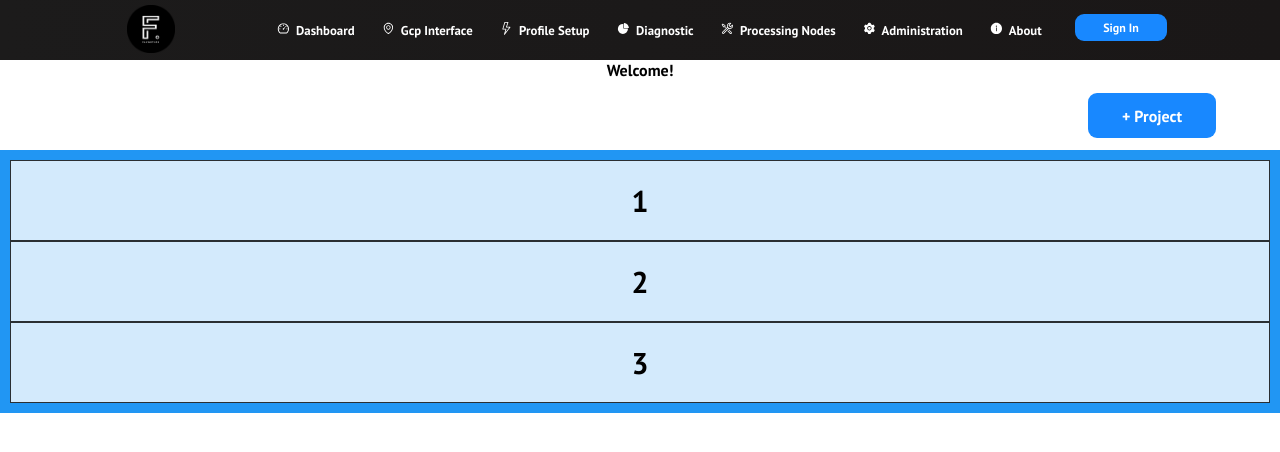
Repository: Akshaykumar1111/akki
Page: /Dashboard
The author's editor kept a copy of each file at every save. The page is drawn from the files as they stood at one save, then again after the next save.
The browser window is 1280 px wide. The pictures show the whole page.
Some web libraries are served in a nearby version. The project was rebuilt for these pictures with package versions that can differ from the ones it lists, and the page was loaded fresh each time. Also part of the build but not shown: src/components/pages/Administration.css, src/components/pages/Administration.js, src/components/pages/Diagnostic.js, src/components/pages/ProfileSetup.js, src/components/pages/GcpInterface.js, src/components/pages/ProcessingNodes.js, src/components/pages/About.js, src/components/pages/Popup.css and 7 more.

Above is the page before, as saved 2022-10-20 12:31:47.

### src/App.css
* {
  box-sizing: border-box;
  margin: 0;
  padding: 0;
  font-family: 'PT Sans', sans-serif;
}

.home,
.Diagnostic,
.Dashboard,
.ProfileSetup,
.GcpInterface,
.ProcessingNodes,
.products,
.Administration,
.DeveloperTools,
.About,
.sign-up,
.SigUp,
.Forgot,
.marketing,
.consulting {
  display: flex;
  height: 961.3px;
  align-items: center;
  justify-content: center;
  font-size: 2rem;
}


.map-container{
  width: 100%;
  height: 100%;
}

.Dashboard {
  background-image: url('./images/img-1.jpg');
  background-position: center;
  background-size: cover;
  background-repeat: no-repeat;
  color: #fff;
  font-size: 100px;

  margin-bottom: 10px;
}

.GcpInterface {
  background-image: url('./images/img-2.jpg');
  background-position: center;
  background-size: cover;
  background-repeat: no-repeat;
  color: #fff;
  font-size: 100px;
}

.Diagnostic {
  background-image: url('./images/img-3.jpg');
  background-position: center;
  background-size: fill;
  background-repeat: no-repeat;
  color: #fff;
  font-size: 100px;
}

.ProfileSetup {
  background-image: url('./images/img-4.jpg');
  background-position: center;
  background-size: cover;
  background-repeat: no-repeat;
  color: #fff;
  font-size: 100px;
}

.sign-up {
  background-image: url('./images/img-7.jpg');
  background-position: center;
  background-size: cover;
  background-repeat: no-repeat;
  color: #fff;
  font-size: 100px;
}

.marketing {
  background-image: url('./images/img-6.jpg');
  background-position: center;
  background-size: cover;
  background-repeat: no-repeat;
  color: #fff;
  font-size: 100px;
}

.consulting {
  background-image: url('./images/img-5.jpg');
  background-position: bottom;
  background-size: cover;
  background-repeat: no-repeat;
  color: #fff;
  font-size: 100px;
}

### src/components/pages/Dashboard.js

import React from 'react';
import '../../App.css';
import '../Button.css';
import './Dashboard.css';

export default function Dashboard() {
  return ( <>
  <div class="Welcome">Welcome!</div>
  <button type="button" className='btn projectbtn'>+ Project</button>
  <div class="grid-container">
  <div class="grid-item">1</div>
  <div class="grid-item">2</div>
  <div class="grid-item">3</div>

</div>
  </>
  )
 }

### src/components/Button.js
import React from 'react';
import './Button.css';
import { Link } from 'react-router-dom';

export function Button() {
  return (
    <Link to='sign-In'>
      <button className='btn'>Sign In</button>
    </Link>
  );
}

### src/components/Navbar.css
.navbar {

  height: 70px;
  display: flex;
  justify-content: center;
  align-items: center;
  font-size: 1.2rem;


}
.nav-bg1{
  background-color: rgba(42, 41, 41, 0.606);
  }
.nav-bg2{
  background: linear-gradient(90deg, rgb(28, 27, 27) 0%, rgb(26, 23, 23) 100%);

}

.navbar-logo {
  color: #fff;
  justify-self: start;
  margin-left: 20px;
  cursor: pointer;
  text-decoration: none;
  font-size: 2rem;
}

.fa-firstdraft {
    margin-left: -18%;
    font-size: 1rem;
    height: 4rem;
    width: 4rem;
    text-align: center;
    margin-top: 12%;
    margin-left: -190%;
}
/* .log-img{
  width: 8%;
} */
.nav-menu {
  display: grid;
  grid-template-columns: repeat(8, auto);
  grid-gap: 10px;
  list-style: none;
  text-align: center;
  width: 70vw;
  justify-content: end;
  margin-right: 2rem;
}

.nav-item {
  display: flex;
  align-items: center;
  height: 80px;
  margin-top: 8%;
  display: flex;
}

.nav-links {
  color: white;
  text-decoration: none;
  padding: 0.5rem 1rem;
}

.nav-links:hover {
  background-color: #1888ff;
  border-radius: 4px;
  transition: all 0.2s ease-out;
}

.fa-bars {
  color: #fff;
}

.nav-links-mobile {
  display: none;
}

.menu-icon {
  display: none;
}
.li1{
  margin-top: 9%;
}

.li2{
  margin-top: 8%;
}
.li4{
  margin-top: 9%;
}
.li5{
  margin-top: 6.5%;
}
.li6{
  margin-top: 7.3%;
}
.li7{
  margin-top: 12.4%;
}
.li8{
  margin-top: 7%;
}

.nav-links1 {
  color: white;
  text-decoration: none;
  padding: 0.5rem 1rem;
}






@media screen and (max-width: 1648px) {
  .navbar {
    /* background: linear-gradient(90deg, rgb(28, 27, 27) 0%, rgb(26, 23, 23) 100%); */
    height: 60px;
    display: flex;
    justify-content: center;
    align-items: center;
    font-size: 0.8rem;
  }
  .nav-bg1{
    background-color: rgba(42, 41, 41, 0.606);
    }
  .nav-bg2{
    background: linear-gradient(90deg, rgb(28, 27, 27) 0%, rgb(26, 23, 23) 100%);

  }
  .navbar-logo {
    color: #fff;
    justify-self: start;
    margin-left: 20px;
    cursor: pointer;
    text-decoration: none;
    font-size: 1.5rem;
    padding-right: 1%;
  }

  .fa-firstdraft {
    margin-left: -6%;
    font-size: 1rem;
    height: 3rem;
    width: 3rem;
    text-align: center;
    margin-top: 12%;
}

  .nav-menu {
    display: grid;
    grid-template-columns: repeat(8, auto);
    grid-gap: 8px;
    list-style: none;
    text-align: center;
    width: 75vw;
    justify-content: end;
    margin-right: 1.2rem;
  }

  .nav-item {
    display: flex;
    align-items: center;
    height: 75px;
  }

  .nav-links {
    color: white;
    text-decoration: none;
    padding: 0.5rem 0.6rem;
  }

  .nav-links1 {
    color: white;
    text-decoration: none;
    padding: 0.5rem 1rem;
  }

  .nav-links:hover {
    background-color: #1888ff;
    border-radius: 4px;
    transition: all 0.2s ease-out;
  }

  .fa-bars {
    color: #fff;
  }

  .nav-links-mobile {
    display: none;
  }

  .menu-icon {
    display: none;
  }
  .li1{
    margin-top: 9%;
  }

  .li2{
    margin-top: 8%;
  }
  .li4{
    margin-top: 9%;
  }
  .li5{
    margin-top: 6.5%;
  }
  .li6{
    margin-top: 7.3%;
  }
  .li7{
    margin-top: 12.4%;
  }
  .li8{
    margin-top: 7%;
  }

}



@media screen and (max-width: 961px) {
  .NavbarItems {
    position: relative;
  }

  .nav-menu {
    display: flex;
    flex-direction: column;
    width: 100%;
    height: 90vh;
    position: absolute;
    top: 80px;
    left: -100%;
    opacity: 1;
    transition: all 0.5s ease;
  }

  .nav-menu.active {
    background: #242222;
    left: 0;
    opacity: 1;
    transition: all 0.5s ease;
    z-index: 1;
  }

  .nav-links {
    text-align: center;
    padding: 0rem;
    width: 100%;
    display: table;
    margin-top: -1%;
  }

  .nav-links1 {
    color: white;
    text-decoration: none;
    padding: 0.5rem 1rem;
  }


  .nav-links:hover {
    background-color: #1888ff;
    border-radius: 0;
  }

  .navbar-logo {
    position: absolute;
    top: 0;
    left: 0;
    transform: translate(25%, 50%);
  }

  .menu-icon {
    display: block;
    position: absolute;
    top: -8px;
    right: 0;
    transform: translate(-100%, 60%);
    font-size: 1.8rem;
    cursor: pointer;
  }

  .fa-times {
    color: #fff;
    font-size: 2rem;
  }
  .nav-item {
    display: flex;
    align-items: center;
    height: 88px;
    font-size: 155%;
}

  .nav-links-mobile {
    display: block;
    text-align: center;
    /* padding: 1.5rem; */
    margin: 0rem auto;
    border-radius: 16px;
    width: 50%;
    background: #1888ff;
    text-decoration: none;
    color: #fff;
    font-size: 1.2rem;
    height: 55px;
    margin-bottom: 2%;
    padding-top: 2%;
  }

  .nav-links-mobile:hover {
    background: #fff;
    color: #1888ff;
    transition: 250ms;
  }

  .nav-Button{
    margin-top: 14%;
  }
  /* button {
    display: none;
  } */
  .fa-firstdraft {
    margin-left: 85%;
    font-size: 1rem;
    height: 3rem;
    width: 3rem;
    text-align: center;
    margin-top: -28%;
}
.li1{
  margin-top: 9%;
}

.li2{
  margin-top: 8%;
}
.li4{
  margin-top: 9%;
}
.li5{
  margin-top: 6.5%;
}
.li6{
  margin-top: 7.3%;
}
.li7{
  margin-top: 12.4%;
}
.li8{
  margin-top: 7%;
}

}



@media screen and (max-width: 480px) {
  .NavbarItems {
    position: relative;
  }

  .nav-menu {
    display: flex;
    flex-direction: column;
    width: 100%;
    height: 90vh;
    position: absolute;
    top: 80px;
    left: -100%;
    opacity: 1;
    transition: all 0.5s ease;
  }

  .nav-menu.active {
    background: #242222;
    left: 0;
    opacity: 1;
    transition: all 0.5s ease;
    z-index: 1;
  }

  .nav-links {
    text-align: center;
    padding: 0rem;
    width: 100%;
    display: table;
    margin-top: -1%;
  }

  .nav-links1 {
    color: white;
    text-decoration: none;
    padding: 0.5rem 1rem;
  }


  .nav-links:hover {
    background-color: #1888ff;
    border-radius: 0;
  }

  .navbar-logo {
    position: absolute;
    top: 0;
    left: 0;
    transform: translate(25%, 50%);
  }

  .menu-icon {
    display: block;
    position: absolute;
    top: -8px;
    right: 0;
    transform: translate(-100%, 60%);
    font-size: 1.8rem;
    cursor: pointer;
  }

  .fa-times {
    color: #fff;
    font-size: 2rem;
  }
  .nav-item {
    display: flex;
    align-items: center;
    height: 88px;
    font-size: 155%;
}

  .nav-links-mobile {
    display: block;
    text-align: center;
    /* padding: 1.5rem; */
    margin: 0rem auto;
    border-radius: 16px;
    width: 50%;
    background: #1888ff;
    text-decoration: none;
    color: #fff;
    font-size: 1.2rem;
    height: 55px;
    margin-bottom: 2%;
    padding-top: 2%;
  }

  .nav-links-mobile:hover {
    background: #fff;
    color: #1888ff;
    transition: 250ms;
  }

  .nav-Button{
    margin-top: 14%;
  }
  /* button {
    display: none;
  } */
  .fa-firstdraft {
    margin-left: 50%;
    font-size: 1rem;
    height: 3rem;
    width: 3rem;
    text-align: center;
    margin-top: -28%;
}
.li1{
  margin-top: 9%;
}

.li2{
  margin-top: 8%;
}
.li4{
  margin-top: 9%;
}
.li5{
  margin-top: 6.5%;
}
.li6{
  margin-top: 7.3%;
}
.li7{
  margin-top: 12.4%;
}
.li8{
  margin-top: 7%;
}

}

/* <-----------sticky navbar----------> */
/* .sticky{
  position: fixed;
  top: 0;
  left: 0;
  width: 100%;
  height: 5rem;
  padding-top: 0;
  padding-bottom: 0;
  box-shadow: 0 0 2rem 0 rgb(0,0,0,5);
} */
/* <-----------sticky navbar end----------> */

### src/components/Button.css
:root {
  --primary: #1888ff;
}

.btn {
  padding: 6px 9px;
  border-radius: 4px;
  outline: none;
  border: none;
  font-size: 15px;
  color: #fff;
  cursor: pointer;
  background-color: var(--primary);
  margin-top: 33%;
}
.projectbtn {
  font-size: 150%;
  /* padding: 0.5% 0.1% 0.5% 0.1%; */
  width: 10%;
  margin-top: 1%;
  margin-left: 89%;
}

.btn:hover {
  padding: 5px 9px;
  transition: all 0.3s ease-out;
  background-color: transparent;
  color: #fff;
  border-radius: 4px;
  border: 2px solid var(--primary);
  transition: all 0.3s ease-out;
}
@media screen and (max-width: 1140px) {
  .NavbarItems {
    position: relative;
  }
  :root {
    --primary: #1888ff;
  }

  .btn {
    padding: 6px 12px;
    border-radius: 9px;
    outline: none;
    border: none;
    font-size: 12px;
    color: #fff;
    cursor: pointer;
    background-color: var(--primary);
    margin-top: 36%;
  }
  .projectbtn {
    font-size: 150%;
    /* padding: 0.5% 0.1% 0.5% 0.1%; */
    width: 10%;
    margin-top: 1%;
    margin-left: 89%;
  }

  .btn:hover {
    padding: 6px 18px;
    transition: all 0.3s ease-out;
    background-color: transparent;
    color: #fff;
    border-radius: 4px;
    border: 2px solid var(--primary);
    transition: all 0.3s ease-out;
  }
}

@media screen and (max-width: 1648px) {
  .NavbarItems {
    position: relative;
  }
  :root {
    --primary: #1888ff;
  }

  .btn {
    padding: 6px 12px;
    border-radius: 9px;
    outline: none;
    border: none;
    font-size: 12px;
    color: #fff;
    cursor: pointer;
    background-color: var(--primary);
    margin-top: 26%;
  }
  .projectbtn {
    font-size: 100%;
    padding: 1% 0.1% 1% 0.1%;
    width: 10%;
    margin-top: 1%;
    margin-left: 85%;
  }

  .btn:hover {
    padding: 6px 18px;
    transition: all 0.3s ease-out;
    background-color: transparent;
    color: #fff;
    border-radius: 4px;
    border: 2px solid var(--primary);
    transition: all 0.3s ease-out;
  }
}




@media screen and (max-width: 961px) {
  .NavbarItems {
    position: relative;
  }
  :root {
    --primary: #1888ff;
  }

  .btn {

    border-radius: 9px;
    outline: none;
    border: none;
    font-size: 12px;
    color: #fff;
    cursor: pointer;
    background-color: var(--primary);
    width: auto;
    margin-top: 3%;
  }
  .projectbtn {
    font-size: 100%;
    padding: 1.5% 0.1% 1.5% 0.1%;
    width: 10%;
    margin-top: 1%;
    margin-left: 86%;
  }

  .btn:hover {
    padding: 0px 0px;
    transition: all 0.3s ease-out;
    background-color: transparent;
    color: #fff;
    border-radius: 4px;
    border: 2px solid var(--primary);
    transition: all 0.3s ease-out;
  }
}

### src/components/pages/Dashboard.css
.grid-container {
    display: grid;
    grid-template-rows: auto auto auto;
    background-color: #2196F3;
    padding: 10px;
  }
  .grid-item {
    background-color: rgba(255, 255, 255, 0.8);
    border: 1px solid rgba(0, 0, 0, 0.8);
    padding: 20px;
    font-size: 30px;
    text-align: center;
  }
.Welcome {
    text-align: center;
}

### src/components/pages/Signin.css
.sign-ups{
    display: flex;
    height: 33px;
    align-items: center;
    justify-content: center;
    font-size: 3rem;
    margin-top: -9px;
    color:whitesmoke;
    text-shadow: 2px 2px 15px white;
  }
  body {font-family: Arial, Helvetica, sans-serif;}
  /* The Modal (background) */
  .Main-login-Div {
  width: 100%;
  height: 100%;
  background-color: rgba(0,0,0,0.4);

  padding:10% 20% 5.6% 20%;

  background-image: url('../../images/abhi.jpg');
  background-size: cover;


  }

  /* input[type=text], input[type=password] {
  width: 100%;
  padding: 12px 20px;
  margin: 12px 0;
  display: inline-block;
  border: 1px solid #ccc;
  box-sizing: border-box;
  } */
  .input[type=text], .input[type=password] {
    width: 100%;
    padding: 12px 20px;
    margin: 12px 0;
    display: inline-block;
    border: 1px solid #ccc;
    box-sizing: border-box;
    }

  /* Set a style for all buttons */
  button {
  background-color: var(--primary);
  color: white;
  padding: 14px 20px;
  margin: 12px 0;
  border: none;
  cursor: pointer;
  width: 100%;
  border-radius: 10px;

  }


  button:hover {
  opacity: 0.8;
  }

  .nav-links-mobile {
    display: none;
  }

  /* Extra styles for the cancel button */
  .cancelbtn {
  width: auto;
  padding: 10px 18px;
  background-color: #f44336;
  border-radius: 9%;
  }

  .Signupbtn{
  width: auto;
  padding: 10px 18px;
  background-color: var(--primary);
  text-align: center;
  border-radius: 9%;
  }

  /* Center the image and position the close button */
  .imgcontainer  {
  text-align: center;
  margin: 24px 0 12px 0;
  position: relative;
  }

  img.avatar {
  width: 40%;
  border-radius: 50%;
  }

  .container {
  padding: 16px;
  /* text-align: right; */

  }
  .cont2{
    margin-left: 75px;
  }

  .container5 {

  /* text-align: right; */
  width: 100%;
  display: flex;
  /* height: 10%; */

  }

  .container1 {
  padding: 16px;

  width: 80%;

  }
  .container2 {
  width: 20%;
  text-align: right;
  padding: 16px;

  }







  span.psw {
  float: right;
  padding-top: 16px;
  }



  /* Modal Content/Box */
  .modal-content {
  background-color: #fefefe;
  margin: 5% auto 15% auto; /* 5% from the top, 15% from the bottom and centered */
  border: 1px solid #888;
  width: 80%; /* Could be more or less, depending on screen size */
  border-radius: 18px;
  }

  /* The Close Button (x) */
  .close {
  position: absolute;
  right: 25px;
  top: 0;
  color: #000;
  font-size: 35px;
  font-weight: bold;
  }

  .close:hover,
  .close:focus {
  color: red;
  cursor: pointer;
  }

  /* Add Zoom Animation */
  .animate {
  -webkit-animation: animatezoom 0.6s;
  animation: animatezoom 0.6s
  }

  @-webkit-keyframes animatezoom {
  from {-webkit-transform: scale(0)}
  to {-webkit-transform: scale(1)}
  }

  @keyframes animatezoom {
  from {transform: scale(0)}
  to {transform: scale(1)}
  }


  /* /////////////////////////////////////////////////////////////////////////////////////////////////////////////////// */
  @media screen and (max-width: 961px){
  .sign-ups{
    display: flex;
    height: 33px;
    align-items: center;
    justify-content: center;
    font-size: 3rem;
    margin-top: -9px;
    color:whitesmoke;
    text-shadow: 2px 2px 15px white;
  }
  body {font-family: Arial, Helvetica, sans-serif;}
  /* The Modal (background) */
  .Main-login-Div {
  width: 100%; /* Full width */
  height: 100%; /* Full height */
  background-color: rgba(0,0,0,0.4); /* Black w/ opacity */
  padding-top: 15%;
  padding-bottom: 2%;

  background-image: url('../../images/abhi.jpg');
  background-size: cover;


  }

  .input2[type=text], .input2[type=password] {
  width: 80%;
  padding: 12px 20px;
  margin: 12px 0;
  display: inline-block;
  border: 1px solid #ccc;
  box-sizing: border-box;
  }

  /* Set a style for all buttons */
  button {
  background-color: var(--primary);
  color: white;
  padding: 14px 20px;
  margin: 12px 0;
  border: none;
  cursor: pointer;
  width: 100%;
  border-radius: 10px;
  }


  button:hover {
  opacity: 0.8;
  }

  /* Extra styles for the cancel button */
  .cancelbtn {
  /* width: auto; */
  padding: 10px 18px;
  background-color: #f44336;
  }

  .Signupbtn{
  /* width: auto; */
  padding: 10px 18px;
  background-color: var(--primary);
  text-align: center;

  }

  /* Center the image and position the close button */
  .imgcontainer  {
  text-align: center;
  margin: 24px 0 12px 0;
  position: relative;
  }

  img.avatar {
  width: 40%;
  border-radius: 50%;
  }

  .container {
  padding: 16px;
  /* text-align: right; */

  }

  .container5 {

  /* text-align: right; */
  width: 100%;
  display: flex;
  /* height: 10%; */

  }

  .container1 {
  padding: 16px;

  width: 80%;

  }
  .container2 {
  width: 50%;
  text-align: right;
  padding: 16px;

  }








  span.psw {
  float: right;
  padding-top: 16px;
  }



  /* Modal Content/Box */
  .modal-content {
  background-color: #fefefe;
  margin: 5% auto 15% auto; /* 5% from the top, 15% from the bottom and centered */
  border: 1px solid #888;
  width: 80%; /* Could be more or less, depending on screen size */
  border-radius: 18px;
  }

  /* The Close Button (x) */
  .close {
  position: absolute;
  right: 25px;
  top: 0;
  color: #000;
  font-size: 35px;
  font-weight: bold;
  }

  .close:hover,
  .close:focus {
  color: red;
  cursor: pointer;
  }

  /* Add Zoom Animation */
  .animate {
  -webkit-animation: animatezoom 0.6s;
  animation: animatezoom 0.6s
  }

  @-webkit-keyframes animatezoom {
  from {-webkit-transform: scale(0)}
  to {-webkit-transform: scale(1)}
  }

  @keyframes animatezoom {
  from {transform: scale(0)}
  to {transform: scale(1)}
  }
  }
  @media screen and (max-width: 300px) {
    span.psw {
       display: block;
       float: none;
    }
    .cancelbtn {
       width: 100%;
    }
  }

  @media screen and (max-width: 610px){
    .sign-ups{
      display: flex;
      height: 33px;
      align-items: center;
      justify-content: center;
      font-size: 2rem;
      margin-top: -9px;
      color:whitesmoke;
      text-shadow: 2px 2px 15px white;
    }
    body {font-family: Arial, Helvetica, sans-serif;}
    /* The Modal (background) */
    .Main-login-Div {
    width: 100%; /* Full width */
    height: 100%; /* Full height */
    background-color: rgba(0,0,0,0.4); /* Black w/ opacity */
    padding-top: 15%;
    padding-bottom: 2%;

    background-image: url('../../images/abhi.jpg');
    background-size: cover;


    }

    .input[type=text], .input[type=password] {
    width: 100%;
    padding: 12px 20px;
    margin: 12px 0;
    display: inline-block;
    border: 1px solid #ccc;
    box-sizing: border-box;
    }

    /* Set a style for all buttons */
    /* button {
    background-color: var(--primary);
    color: white;
    padding: 14px 20px;
    margin: 12px 0;
    border: none;
    cursor: pointer;
    width: 126%;
    } */
    .button {
      background-color: var(--primary);
      color: white;
      padding: 14px 20px;
      margin: 12px 0;
      border: none;
      cursor: pointer;
      width: 100%;
      border-radius: 10px;
      }



    button:hover {
    opacity: 0.8;
    }

    /* Extra styles for the cancel button */
    .cancelbtn {
    /* width: auto; */
    padding: 7px 14px;
    background-color: #f44336;
    }
    .cont2{
      margin-left: 75px;

    }
    .Signupbtn{
    /* width: auto; */
    padding: 3px 11px;
    background-color: var(--primary);
    text-align: center;
    font-size: 14px;

    }
    .Forgot-password{
      font-size: 12px;
    }

    /* Center the image and position the close button */
    .imgcontainer  {
    text-align: center;
    margin: 24px 0 12px 0;
    position: relative;
    }

    img.avatar {
    width: 40%;
    border-radius: 50%;
    }

    .container {
    padding: 16px;
    /* text-align: right; */
    width: 100%;

    }

    .container5 {

    /* text-align: right; */
    width: 100%;
    display: flex;
    /* height: 10%; */

    }

    .container1{
    padding: 16px;

    width: 80%;

    }
    .container2 {
    width: 50%;
    text-align: right;
    padding: 16px;

    }








    span.psw1 {
    float: right;
    padding-top: 16px;
    }



    /* Modal Content/Box */
    .modal-content {
    background-color: #fefefe;
    margin: 5% auto 15% auto; /* 5% from the top, 15% from the bottom and centered */
    border: 1px solid #888;
    width: 80%; /* Could be more or less, depending on screen size */
    border-radius: 18px;
    }

    /* The Close Button (x) */
    .close {
    position: absolute;
    right: 25px;
    top: 0;
    color: #000;
    font-size: 35px;
    font-weight: bold;
    }

    .close:hover,
    .close:focus {
    color: red;
    cursor: pointer;
    }

    /* Add Zoom Animation */
    .animate {
    -webkit-animation: animatezoom 0.6s;
    animation: animatezoom 0.6s
    }

    @-webkit-keyframes animatezoom {
    from {-webkit-transform: scale(0)}
    to {-webkit-transform: scale(1)}
    }

    @keyframes animatezoom {
    from {transform: scale(0)}
    to {transform: scale(1)}
    }
    }

    @media screen and (max-width: 523px){
      .sign-ups{
        display: flex;
        height: 33px;
        align-items: center;
        justify-content: center;
        font-size: 1.5rem;
        margin-top: -9px;
        color:whitesmoke;
        text-shadow: 2px 2px 15px white;
      }
      body {font-family: Arial, Helvetica, sans-serif;}
      /* The Modal (background) */
      .Main-login-Div {
      width: 100%; /* Full width */
      height: 100%; /* Full height */
      background-color: rgba(0,0,0,0.4); /* Black w/ opacity */
      padding-top: 15%;
      padding-bottom: 2%;

      background-image: url('../../images/abhi.jpg');
      background-size: cover;


      }

      .input[type=text], .input[type=password] {
      width: 100%;
      padding: 12px 20px;
      margin: 12px 0;
      display: inline-block;
      border: 1px solid #ccc;
      box-sizing: border-box;
      }

      /* Set a style for all buttons */
      /* button {
      background-color: var(--primary);
      color: white;
      padding: 14px 20px;
      margin: 12px 0;
      border: none;
      cursor: pointer;
      width: 126%;
      } */
      .button {
        background-color: var(--primary);
        color: white;
        padding: 14px 20px;
        margin: 12px 0;
        border: none;
        cursor: pointer;
        width: 100%;
        border-radius: 10px;

        }



      button:hover {
      opacity: 0.8;
      }

      /* Extra styles for the cancel button */
      .cancelbtn {
      /* width: auto; */
      padding: 7px 14px;
      background-color: #f44336;
      }
      .cont2{
        margin-left: 30px;

      }
      .Signupbtn{
      /* width: auto; */
      padding: 3px 11px;
      background-color: var(--primary);
      text-align: center;
      font-size: 14px;

      }
      .Forgot-password{
        font-size: 12px;
      }

      /* Center the image and position the close button */
      .imgcontainer  {
      text-align: center;
      margin: 24px 0 12px 0;
      position: relative;
      }

      img.avatar {
      width: 40%;
      border-radius: 50%;
      }

      .container {
      padding: 16px;
      /* text-align: right; */
      width: 100%;

      }

      .container5 {

      /* text-align: right; */
      width: 100%;
      display: flex;
      /* height: 10%; */

      }

      .container1{
      padding: 16px;

      width: 80%;

      }
      .container2 {
      width: 50%;
      text-align: right;
      padding: 16px;

      }








      span.psw1 {
      float: right;
      padding-top: 16px;
      }



      /* Modal Content/Box */
      .modal-content {
      background-color: #fefefe;
      margin: 5% auto 15% auto; /* 5% from the top, 15% from the bottom and centered */
      border: 1px solid #888;
      width: 80%; /* Could be more or less, depending on screen size */
      border-radius: 18px;
      }

      /* The Close Button (x) */
      .close {
      position: absolute;
      right: 25px;
      top: 0;
      color: #000;
      font-size: 35px;
      font-weight: bold;
      }

      .close:hover,
      .close:focus {
      color: red;
      cursor: pointer;
      }

      /* Add Zoom Animation */
      .animate {
      -webkit-animation: animatezoom 0.6s;
      animation: animatezoom 0.6s
      }

      @-webkit-keyframes animatezoom {
      from {-webkit-transform: scale(0)}
      to {-webkit-transform: scale(1)}
      }

      @keyframes animatezoom {
      from {transform: scale(0)}
      to {transform: scale(1)}
      }

      }

Loaded but not shown: public/index.html (common file); src/index.js (common file); src/components/Navbar.js (179 lines, source omitted); src/App.js (57 lines, source omitted)

After the next save:
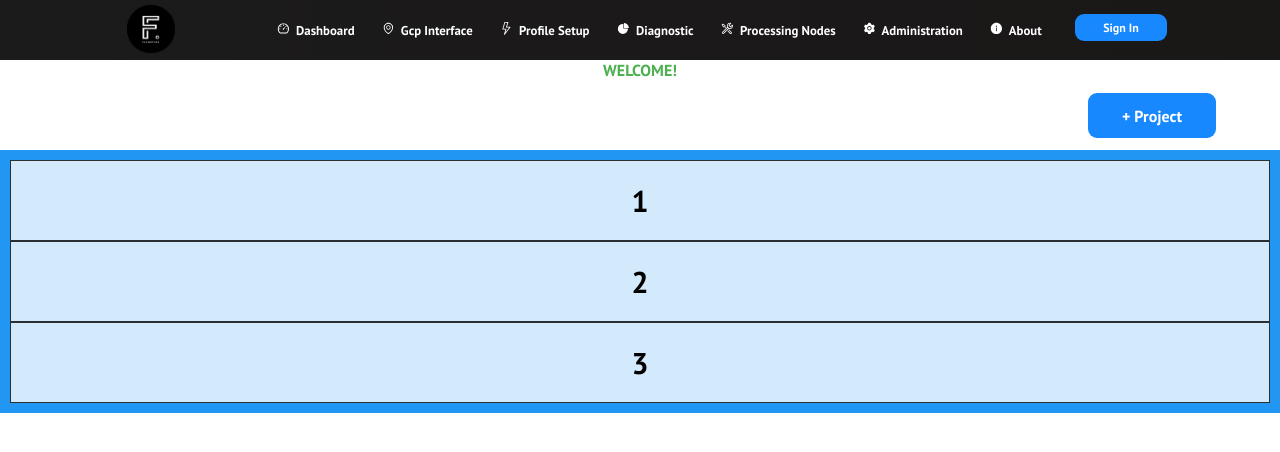
Saved 99 s later.
--- a/src/components/pages/Dashboard.css
+++ b/src/components/pages/Dashboard.css
@@ -13,4 +13,6 @@
   }
 .Welcome {
     text-align: center;
+    text-transform: uppercase;
+  color: #4CAF50;
 }
